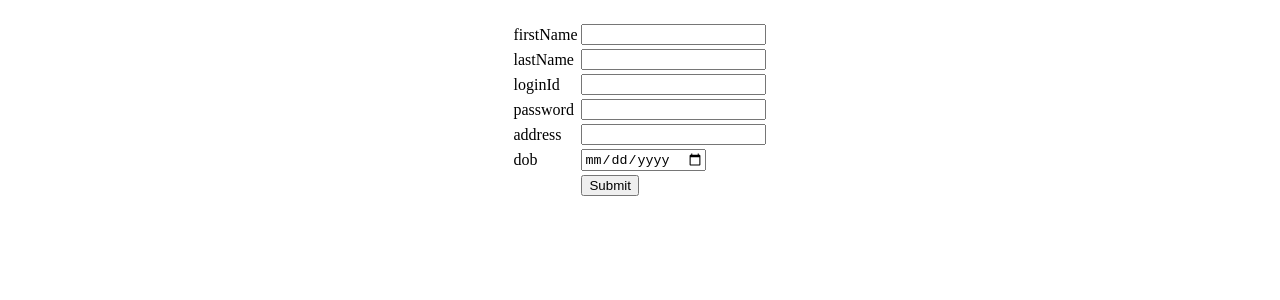
Repository: Jatdevta/AdvanceJava
Page: http://localhost/DynamicProject/UserRegistration.jsp
The author's editor kept a copy of each file at every save. The page is drawn from the files as they stood at one save, then again after the next save.
The browser window is 1280 px wide. The pictures show the whole page.
The page is served by Tomcat 9.

Above is the page before, as saved 2023-08-16 07:47:11.

After the next save:
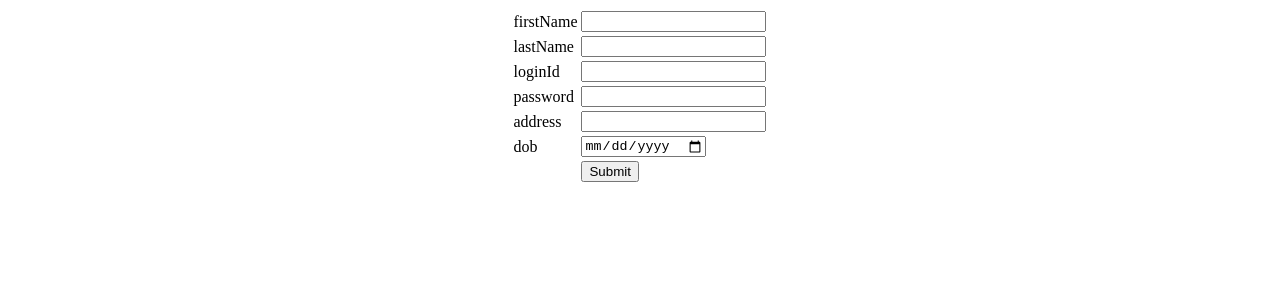
Saved 2 min 5 s later.
--- a/Advancejava/DynamicProject/WebContent/UserRegistration.jsp
+++ b/Advancejava/DynamicProject/WebContent/UserRegistration.jsp
@@ -8,10 +8,10 @@
 </head>
 <body>
 <center>
-	<form action="Firstervlet">
+	<form action="Welcome.jsp">
 		<table>
 			<tr>
-             <h1> <td>firstName</td></h1>
+              <td>firstName</td>
               <td><input type= "text" name="firstName"></td>
 			</tr>
 			<tr>
